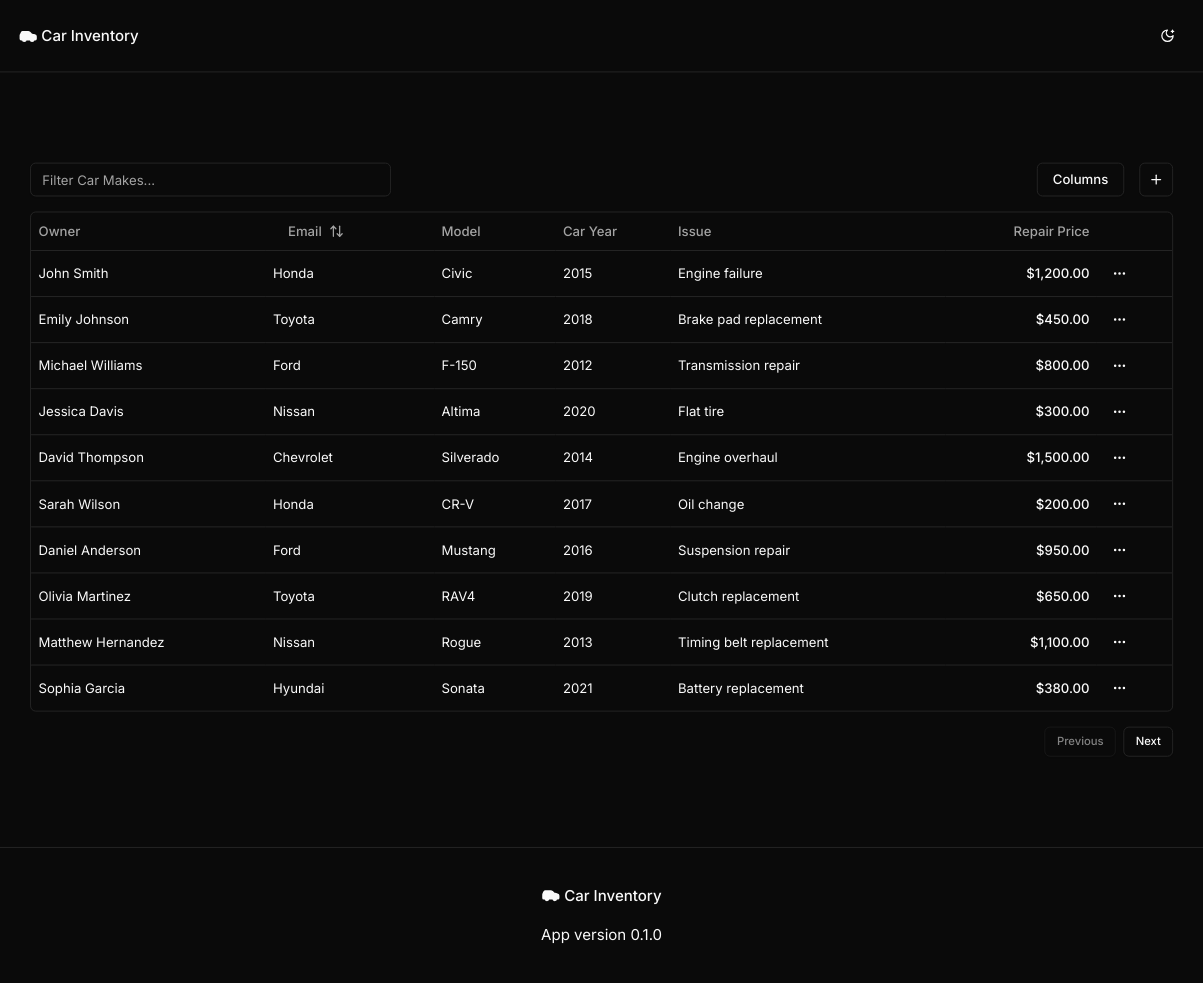
Repository: tushcmd/car-inventory
Page: / (app in frontend/)
These files come from the project's save history. The page is drawn as it stood at one moment and after the next save; the edit follows.
The browser window is 1280 px wide. The pictures show the whole page, at 94% of full size.
The project was rebuilt for these pictures with package versions that can differ from the ones it lists, and the page was loaded fresh each time. The framework's server and built-in components were replaced by stand-ins that run in the browser. Also part of the build but not shown: frontend/next.config.mjs.

Above is the page before, as saved 2024-05-15 05:56:43.

After the next save:
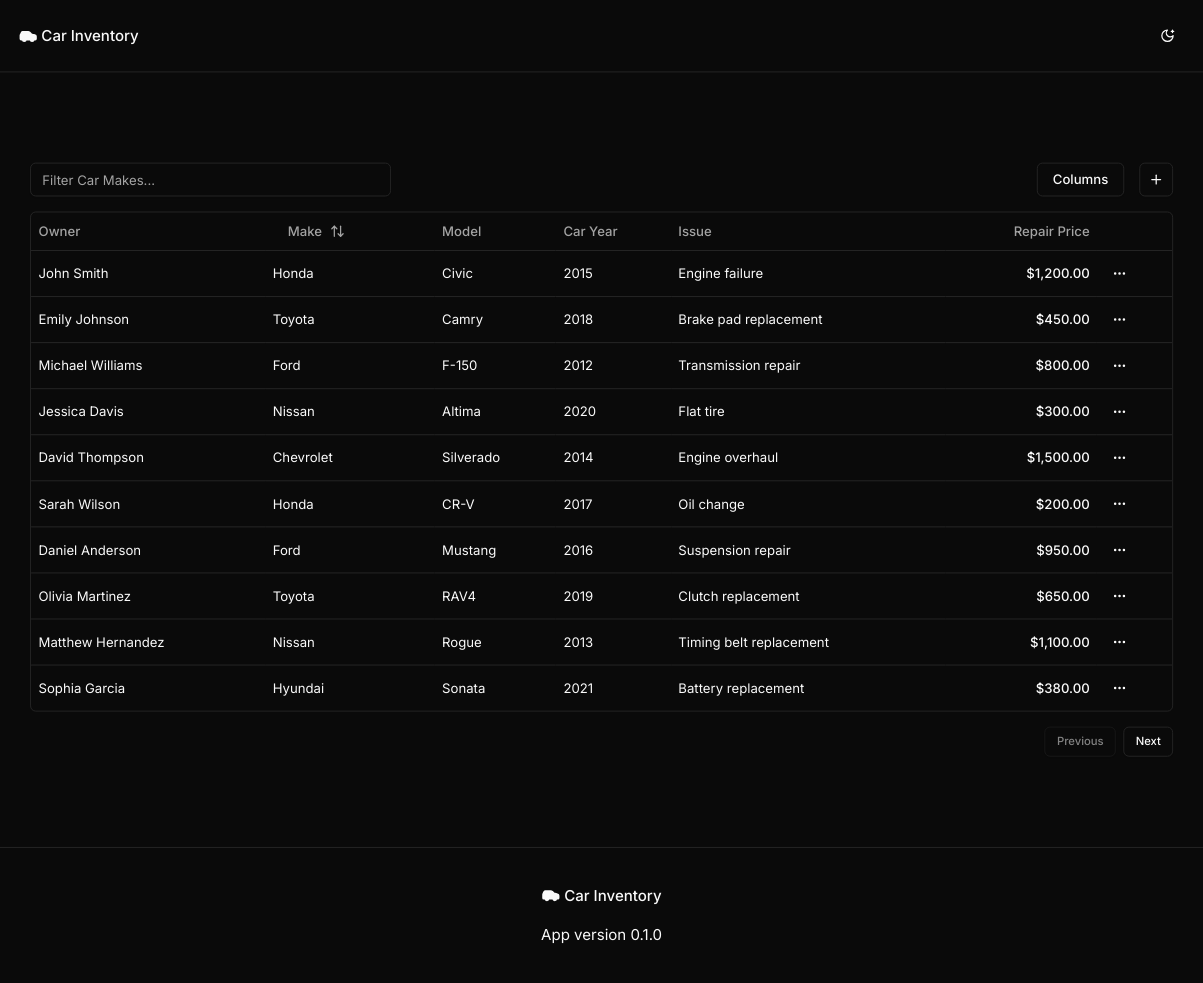
Saved 7 min 29 s later.
--- a/frontend/components/Home/columns.tsx
+++ b/frontend/components/Home/columns.tsx
@@ -39,7 +39,7 @@ export const columns: ColumnDef<Car>[] = [
           variant="ghost"
           onClick={() => column.toggleSorting(column.getIsSorted() === "asc")}
         >
-          Email
+            Make
           <ArrowUpDown className="ml-2 h-4 w-4" />
         </Button>
       )
